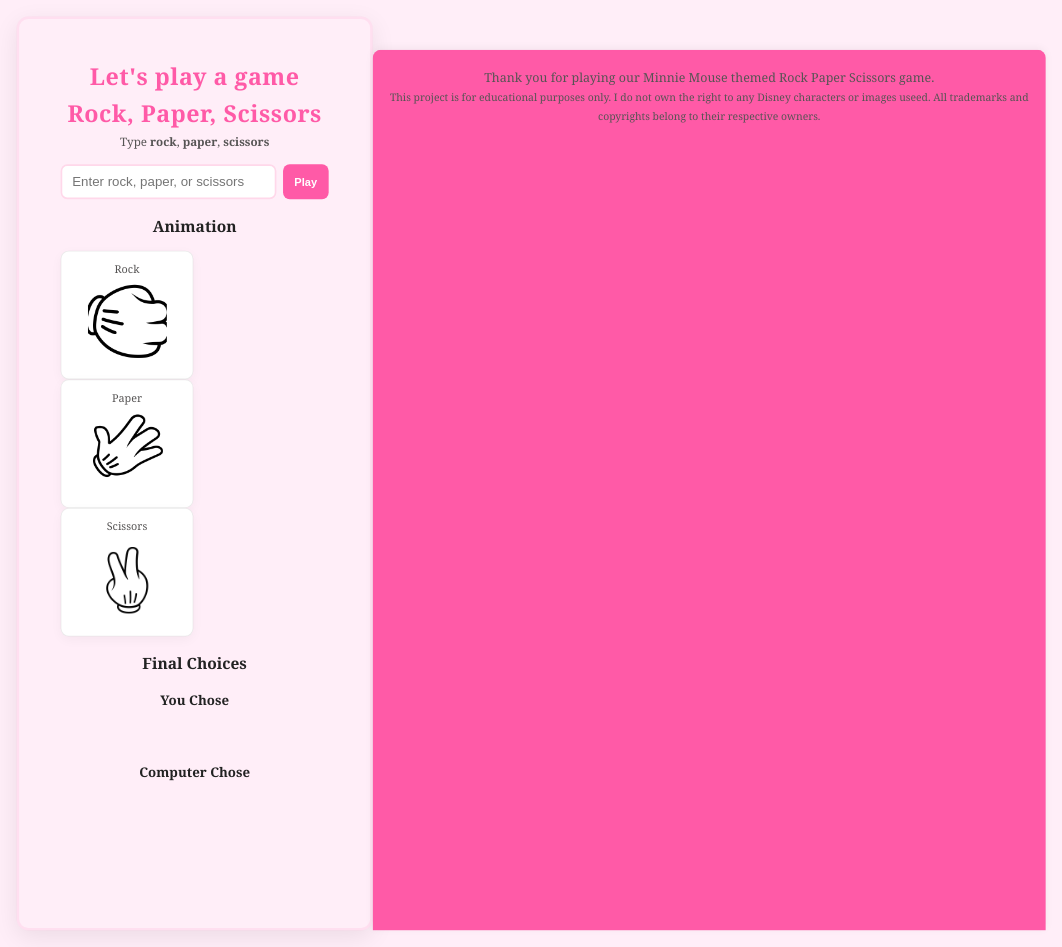
Repository: brittanyramirez/RPS-Game
Page: rps.html
These files come from the project's save history. The page is drawn as it stood at one moment and after the next save; the edit follows.
The browser window is 1280 px wide. The pictures show the whole page, at 83% of full size.

Above is the page before, as saved 2025-11-14 18:44:59.

### rps.html
<!DOCTYPE html>
<html lang="en">
<head>
    <meta charset="UTF-8">
    <meta name="viewport" content="width=device-width, initial-scale=1.0">
    <link rel="stylesheet" href="rps.css">
    <title>Rock Paper Scissor Game</title>

</head>
<body>
    <!-- This is the main container that holds the whole game-->
    <div class="page-center">
        <div class="container">

         <h1 class="title">Let's play a game</h1>
         <h2 class="title">Rock, Paper, Scissors</h2>

         <!--instructions-->
         <p class="subtitle"> Type <strong>rock</strong>, <strong>paper</strong>, <strong>scissors</strong></p>

         <!-- this is the input box-->
         <div class="input-row">
            <input id="userInput" type="text" placeholder="Enter rock, paper, or scissors" autocomplete="off">
            <button id="playBtn"> Play</button>
    </div>
  <!-- animation section-->
   <h3 class="section-title">Animation</h3>
   <div class="display-row">

        <!--rock image-->
        <div class="choice-block">
            <div class="label">Rock</div>
            <img id="rock" class="choice-img" src="images/rockmickey.png" alt="rock">
        </div>

        <!--paper image-->
     <div class="choice-block">
            <div class="label">Paper</div>
            <img id="paper" class="choice-img" src="images/paperminnie.png" alt="paper">
    </div>

        <!--scissors image-->
        <div class="choice-block">
            <div class="label">Scissors</div>
            <img id="scissors" class="choice-img" src="images/scissorsminnie.png" alt="scissors">
        </div>
<!--final result images-->
<h3 class="section-title">Final Choices</h3>
<div class="result-row">
    <div class="result-box">
        <h4>You Chose</h4>
        <img id="user-final-img" class="final-img" src="" alt="">
    </div>

    <div class="result-box">
        <h4>Computer Chose</h4>
        <img id="computer-final-img" class="final-img" src="">
    </div>

    <!--Game result text-->

    <div id="result" class="result"></div>

</div> <!--end of display row-->

</div>  <!--end of container-->
</div> <!--end of page-center-->
<script src="rps.js"></script>

     <footer class="site-footer">
Thank you for playing our Minnie Mouse themed Rock Paper Scissors game. <br> <small>
    This project is for educational purposes only. I do not own the right to any Disney characters or images useed. All trademarks and copyrights belong to their respective owners.
</small>
</footer>
    </body>

</html>

### rps.css
:root{
    --bg: #fff6fb;
    --card: #ffeef8;
    --accent: #ff5aa7;
    --text: #222;
    --muted: #565454;
}
*{box-sizing:border-box}
/* asterisk= universal selector ; applying this to every element on the entire page---- changes how width and height are calculated for all elements. Prevents from elements from accidentally growing bigger
*/

body{
    margin: 0;
    font-family: Cambria, Cochin, Georgia, Times, 'Times New Roman', serif;
    background: var(--card);
    color:var(--text);
    display: block;
    min-height: 100vh;
    padding: 20px;
}

.page-center{
    display: flex;
    justify-content: center;
    width: 100%;
}
.container{
    width: 600px;
    max-width: 90%;
    background: var(--card);
    border-radius: 14px;
    padding: 50px;
    box-shadow: 0 8px 30px rgba(0,0,0,0.08);
    text-align: center;
    border: 3px solid rgba(255,90,167,0.1);
}
.title{
    margin: 0 0 6px;
    font-size: 28px;
    letter-spacing: 0.6px;
    color:var(--accent);
}

.subtitle{
    margin: 0 0 18px;
    color:var(--muted);
    font-size:14px;
}

.input-row{
    display:flex;
    gap:8px;
    justify-content: center;
    margin-bottom:18px;
}

input#userInput{
    flex:1;
    padding: 10px 12px;
    font-size:16px;
    border-radius: 8px;
    border: 2px solid #ffd8ea;
    outline:none;
    background: #fff;
}

button#playBtn{
    padding: 10px 14px;
    border-radius: 8px;
    background:var(--accent);
    color:white;
    font-weight: 600;
    border:none;
    cursor: pointer;
}

.display{
    display: flex;
    gap:18px;
    justify-content: center;
    margin-top:8px;
    flex-wrap: wrap;
}

.choice-block{
    width:160px;
    background:white;
    border-radius: 10px;
    padding: 12px;
    border: 1px solid rgba(0,0,0,0.08);
    box-shadow: 0 4px 14px rgba(0,0,0,0.04);
}

.label{
    font-size: 13px;
    color:var(--muted);
    margin-bottom: 8px;
}

.choice-img{
    width: 95px;
    height: 95px;
    object-fit: contain;
    display:block;
    margin: 0 auto 8px;
}

.choice-text{
    min-height: 20px;
    font-weight: 700;
    color:var(--text);
    font-size: 16px;
}

.hidden{
    display:none
}

.result{
    margin-top: 16px;
    font-size: 20px;
    font-weight: 700;
    color:var(--accent);
    min-height: 26px;
}

.site-footer {
    text-align: center;
    padding: 20px 0;
    font-size: 15px;
    color: var(--muted);
    background-color: #ff5aa7;
    border-top: 2px solid rgba(255,90,167,0.1);
    margin-top: 40px;
    width: 100%;
    border-radius: 10px 10px 0 0;
    box-shadow: 0 -2px 10px rgba(0,0,0,0.05);
    line-height: 1.5;
}

@keyframes shake{
    0% {transform: translateX(0); }
    25% {transform: translateX(-10px); }
    50% {transform: translateX(-10px); }
    75% {transform: translateX(-10px); }
    100% {transform: translateX(0); }
}
.shake{
    animation: shake 0.4s ease-in-out 3;
}

### rps.js
// these are the only valid inputs the user can type
const validChoices =["rock","paper", "scissors"];


const images = {
    rock: "rockmickey.png",
    paper: "paperminnie.png",
    scissors: "scissorsminnie.png"
};

//grabs input and button elements from html
const userInput = document.getElementById("userInput");
const playBtn = document.getElementById("playBtn");

// this will display the result text in the html
const resultDiv = document.createElement("div");
resultDiv.id = "result";
resultDiv.className = "result";
document.querySelector(".container").appendChild(resultDiv);



//function: randomly pick rock, paper, or scissors for the computer
function getComputerChoice() {
    const i = Math.floor(Math.random() * 3);
    return validChoices[i];
}

//function: compare choices and return the winner message
function decideWinner(user, computer){
    if (user === computer) return "It's a tie 🤷🏻‍♀️";
    if(
        (user === "rock" && computer === "scissors") ||
        (user === "paper" && computer === "rock") ||
        (user === "scissors" && computer === "paper")
    ) {
         return "You win!🎉";
    }
    return "Computer wins❌💻";
}

//main game function (runs when user clicks play)
function PlayGame(){
    //gets usere input
    const raw = userInput.value.trim().toLowerCase();

    //validate the input
    if (!validChoices.includes(raw)) {
        resultDiv.textContent = "❌Please enter rock, paper, or scissors.";
        return;
    }

    //choices
    const userChoice = raw;
    const computerChoice = getComputerChoice();

    //decide winner
    const result = decideWinner(userChoice, computerChoice);

    //display result

    resultDiv.textContent =
    `You chose: ${userChoice}| Computer chose: ${computerChoice}→${result}`;
}

//click button → play game
playBtn.addEventListener("click", PlayGame);

//press enter → play game
userInput.addEventListener("keydown", function (e){
    if (e.key === "Enter") PlayGame();
});

After the next save:
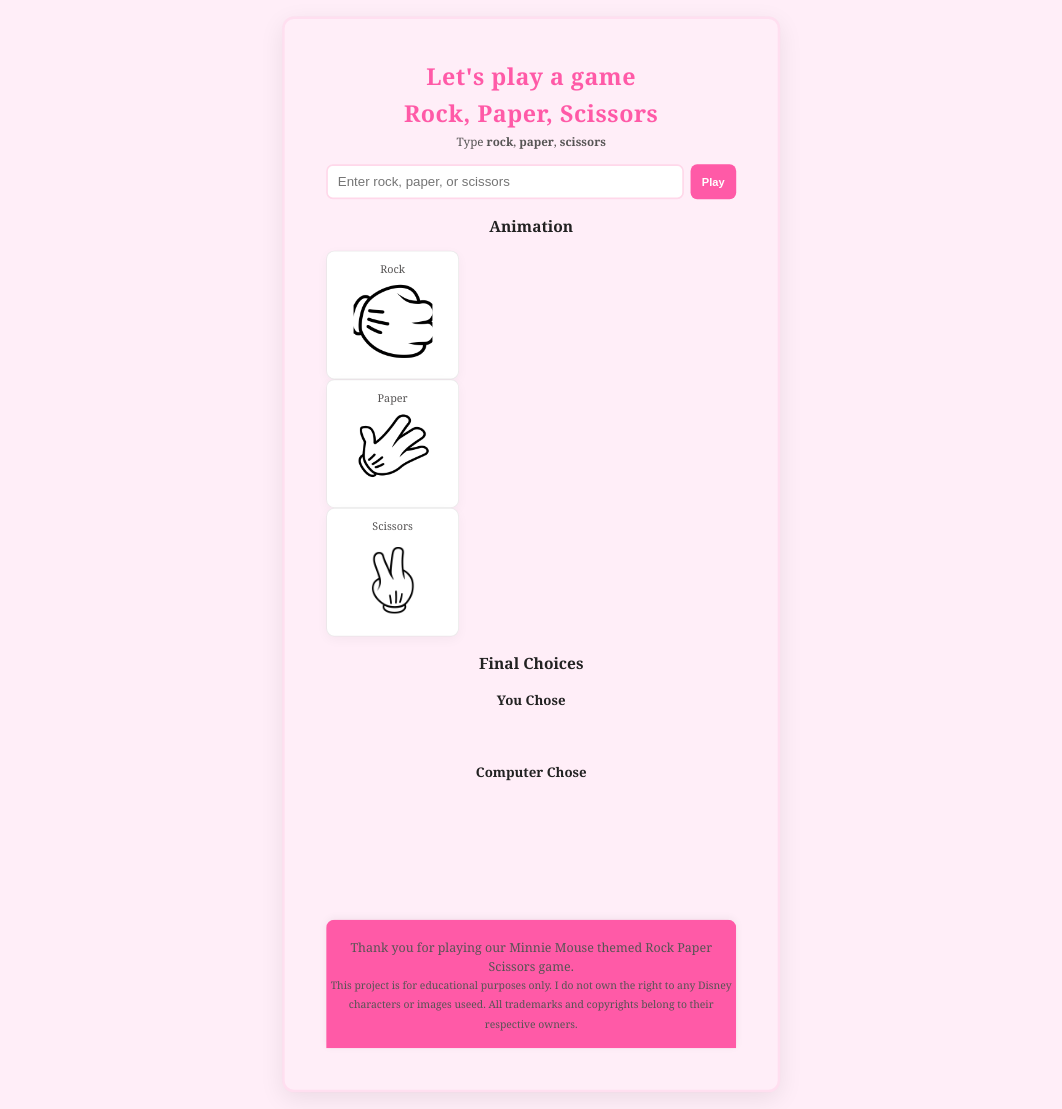
Saved 84 s later.
--- a/rps.html
+++ b/rps.html
@@ -61,7 +61,6 @@
 
     <div id="result" class="result"></div>
 
-</div> <!--end of display row-->
 
 </div>  <!--end of container-->
 </div> <!--end of page-center-->

After the save that followed:
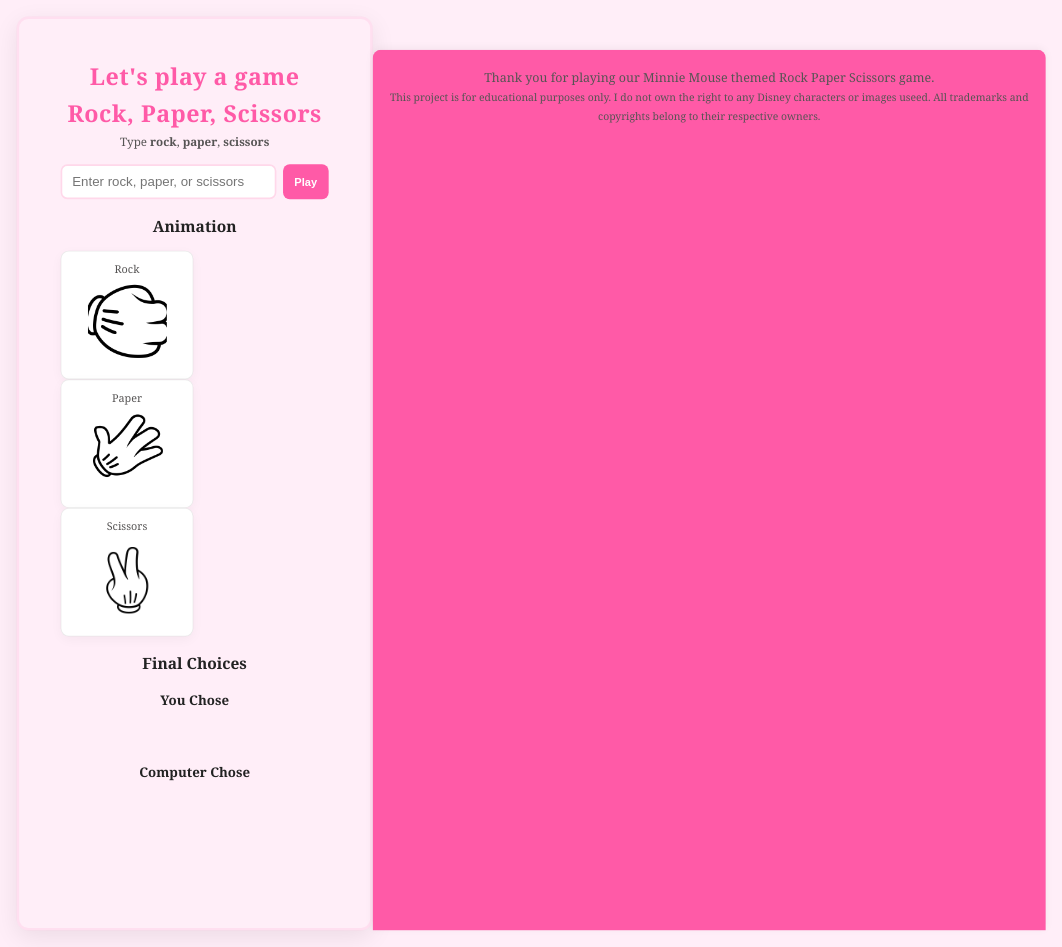
Saved 18 s later.
--- a/rps.html
+++ b/rps.html
@@ -60,7 +60,7 @@
     <!--Game result text-->
 
     <div id="result" class="result"></div>
-
+    </div> <!--end of display row-->
 
 </div>  <!--end of container-->
 </div> <!--end of page-center-->
